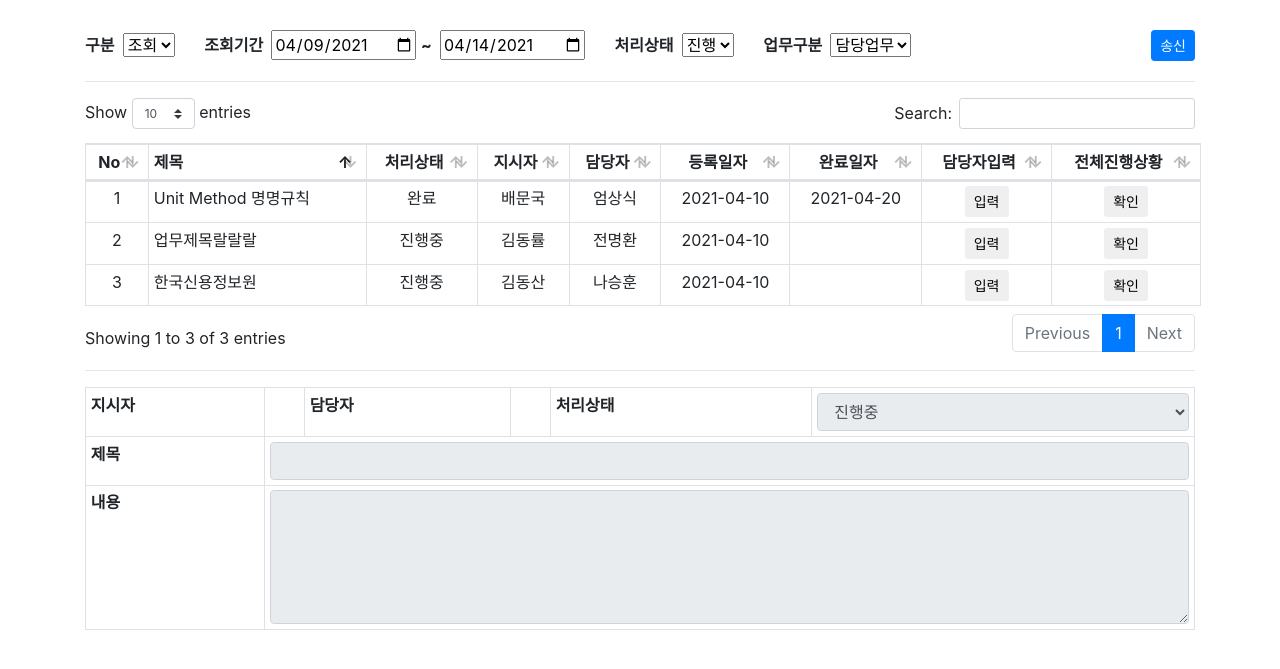
Repository: jungtaeyong/FSB_Project
Page: http://localhost/FsbJobMgt/main.jsp
These files come from the project's save history. The page is drawn as it stood at one moment and after the next save; the edit follows.
The browser window is 1280 px wide. The pictures show the whole page.
The page is served by Tomcat 9.

Above is the page before, as saved 2021-04-15 08:44:27.

### FsbJobMgt/WebContent/main.jsp
<%@ page language="java" contentType="text/html; charset=EUC-KR" pageEncoding="EUC-KR"%>
<%@ include file="/modal1_Adding.jsp" %>

<!DOCTYPE html PUBLIC "-//W3C//DTD HTML 4.01 Transitional//EN" "http://www.w3.org/TR/html4/loose.dtd">
<html>
<head>
<meta http-equiv="Content-Type" content="text/html; charset=EUC-KR">
<title>업무 관리</title>
</head>
<body>
<!-- jquery  -->
<script type="text/javascript" src="js/jquery-3.6.0.min.js"></script>

<!-- bootstrap -->
<link rel="stylesheet" type="text/css" href="lib/Bootstrap-4-4.1.1/css/bootstrap.min.css"/>
<script type="text/javascript" src="lib/Bootstrap-4-4.1.1/js/bootstrap.min.js"></script>

<!-- datatables -->
<link rel="stylesheet" type="text/css" href="lib/DataTables-1.10.24/css/dataTables.bootstrap4.min.css"/>
<script type="text/javascript" src="lib/DataTables-1.10.24/js/jquery.dataTables.min.js"></script>
<script type="text/javascript" src="lib/DataTables-1.10.24/js/dataTables.bootstrap4.min.js"></script>
<script>
$(document).ready(function() {
	/* 초기 조회 조건 세팅 */
	$('#REQUEST_TYPE').val('1'); //구분
	$('#BZWR_STS').val('01'); //처리상태
	$('#BZWR_DSTC').val('2'); //업무구분

	let befor7days= new Date();
	befor7days.setDate(befor7days.getDate()-5);
	document.getElementById('FROM_DATE').valueAsDate = befor7days; //FROM_DATE
	document.getElementById('TO_DATE').valueAsDate = new Date(); //TO_DATE

	/* 테이블 초기 로딩 */
	setTable();

	/* 송신버튼 */
	$('#action_submit').click(function(){
		let dvcd = $('#REQUEST_TYPE').val();
		if(dvcd=='1'){
			alert('조회');
			setTable();
		}else if(dvcd=='2'){
			alert('등록');
			createNewJob();
		}else if(dvcd=='3'){
			alert('변경');
			updateJob();
		}
	});

	/* 구분 변경 이벤트 처리 */
	$('#REQUEST_TYPE').change(function() {
		let dvcd = $('#REQUEST_TYPE').val();
		if(dvcd=='1'){
			$('#BZWR_EXC_CHGR_BTN').hide();
			$('#BZWR_STS_2').attr("disabled",true);
			$('#BZWR_TTL').attr("disabled",true);
			$('#BZWR_CNTN').attr("disabled",true);
		}else if(dvcd=='2'){
			$('#BZWR_INDC_CHGR').text('로그인 유저');
			$('#BZWR_EXC_CHGR').text('');
			$('#BZWR_EXC_CHGR_BTN').show();
			$('#BZWR_STS_2').attr("disabled",true);
			$('#BZWR_TTL').val("");
			$('#BZWR_CNTN').val("");
			$('#BZWR_TTL').removeAttr("disabled");
			$('#BZWR_CNTN').removeAttr("disabled");
		}else if(dvcd=='3'){
			$('#BZWR_EXC_CHGR_BTN').show();
			$('#BZWR_STS_2').removeAttr("disabled");
			$('#BZWR_TTL').removeAttr("disabled");
			$('#BZWR_CNTN').removeAttr("disabled");
			alert('변경할 데이터를 선택해주세요.');
		}
	});

} );

/* 테이블 데이터 로딩 및 기능 세팅 */
function setTable(){
	/* 테이블 데이터 로딩 */
	let jobList = $('#job_list').DataTable( {
        ajax : {
        	url : 'lib/testJson2.json',
        	data : {
        		REQUEST_TYPE:$('#REQUEST_TYPE').val(),
        		FROM_DATE:$('#FROM_DATE').val(),
        		TO_DATE:$('#TO_DATE').val(),
        		BZWR_STS:$('#BZWR_STS').val(),
        		BZWR_DSTC:$('#BZWR_DSTC').val()
        	}
        },
        columns : [
			{data: null },
			{data: "BZWR_TTL" },
            {data: "BZWR_STS", render : function ( data, type, row, meta ) {
            	if(data=="01"){
            		return '진행중';
            	}else if(data=="02"){
            		return '완료';
            	}
            }},
            {data: "BZWR_INDC_CHGR_TXT" },
            {data: "BZWR_EXC_CHGR_TXT" },
            {data: "BZWR_REG_DT" },
            {data: "BZWR_CMPL_DT" },
            {data: null , render : function ( data, type, row, meta ) {
                return '<button name="first_btn" class="btn btn-sm btn-default">입력</button>'
            }},
            {data: null , render : function ( data, type, row, meta ) {
                return '<button name="second_btn" class="btn btn-sm btn-default">확인</button>'
            }}
        ],
        columnDefs: [{ className: 'text-center', targets: [0,2,3,4,5,6,7,8] }],
        order: [[ 1, 'asc' ]]
    } );

	/* 테이블 Index 생성을 위한 함수 */
	jobList.on( 'order.dt search.dt', function () {
		jobList.column(0, {search:'applied', order:'applied'}).nodes().each( function (cell, i) {
            cell.innerHTML = i+1;
        } );
    } ).draw();

	/* 테이블 클릭 이벤트  -> 클릭한 row에 해당하는 데이터를 상세 정보에 보여줌*/
	$('#job_list tbody').on('click', 'td:nth-child(-n+7)', function () {
		let data = jobList.row( this ).data();
        console.log('Table Click Event',data);

		if($('#REQUEST_TYPE').val()!='2'){ //"구분-등록" 상태면 반응 없음.
	        $('#BZWR_INDC_CHGR').text(data.BZWR_INDC_CHGR_TXT); //지시자
	        $('#BZWR_EXC_CHGR').text(data.BZWR_EXC_CHGR_TXT); //담당자
	        $('#BZWR_STS_2').val(data.BZWR_STS); //처리상태(업무상태)
	        $('#BZWR_TTL').val(data.BZWR_TTL); //제목
	        $('#BZWR_CNTN').val(data.BZWR_CNTN); //내용
	        if($('#REQUEST_TYPE').val()=='1' || data.BZWR_STS=='02'){
	        	$('#BZWR_EXC_CHGR_BTN').hide();
				$('#BZWR_STS_2').attr("disabled",true);
				$('#BZWR_TTL').attr("disabled",true);
				$('#BZWR_CNTN').attr("disabled",true);
	        }else{
	        	$('#BZWR_EXC_CHGR_BTN').show();
				$('#BZWR_STS_2').removeAttr("disabled");
				$('#BZWR_TTL').removeAttr("disabled");
				$('#BZWR_CNTN').removeAttr("disabled");
	        }
		}
    } );

	/* 선택된  row 하이라이트 */
	$('#job_list tbody').on('click', 'tr', function() {
		$('#job_list tbody > tr').css('background-color','#ffffff');
		$(this).css('background-color','#f0f5f5');
	});

	/* 테이블 버튼 이벤트(담당자입력) */
	$('#job_list tbody').on( 'click', 'button[name="first_btn"]', function () {
        let data = jobList.row( $(this).parents('tr') ).data();
		//console.log("First Button",data);
		setData(data); //모달 페이지로 데이터를 전달하기 위한 함수
		$('#exampleModal').modal();
    } );

	/* 테이블 버튼 이벤트(전체진행상황) */
	$('#job_list tbody').on( 'click', 'button[name="second_btn"]', function () {
        let data = jobList.row( $(this).parents('tr') ).data();
		//console.log("Second Button",data);
        setData(data); //모달 페이지로 데이터를 전달하기 위한 함수
		$('#exampleModalCenter').modal();
    } );
}

/* 등록 */
function createNewJob(){
	$.ajax({
		url:'',
		dataType:'application/json',
		data : {
			REQUEST_TYPE:$('#REQUEST_TYPE').val(), //구분(조회,등록,변경)
			BZWR_DSTC:$('#BZWR_DSTC').val(), //업무구분
			BZWR_INDC_CHGR:'로그인 유저', //업무지시담당자
			BZWR_EXC_CHGR:'담당자', //업무수행담당자
			BZWR_STS:'1', //업무상태 (등록 시 진행으로 세팅)
			BZWR_TTL:$('#BZWR_TTL').val(), //업무제목
			BZWR_CNTN:$('#BZWR_CNTN').val() //업무내용
		},
		success:function(data){
			alert('등록 되었습니다.');
	   }
	})
}

/* 변경 */
function updateJob(){
	$.ajax({
		url:'',
		dataType:'application/json',
		data : {
			REQUEST_TYPE:$('#REQUEST_TYPE').val(), //구분(조회,등록,변경)
			BZWR_DSTC:$('#BZWR_DSTC').val(), //업무구분
			BZWR_EXC_CHGR:'담당자', //업무수행담당자
			BZWR_STS:$('#BZWR_STS_2').val(), //업무상태
			BZWR_TTL:$('#BZWR_TTL').val(), //업무제목
			BZWR_CNTN:$('#BZWR_CNTN').val() //업무내용
		},
		success:function(data){
			alert('변경 되었습니다.');
	   }
	})
}

</script>
<div class="container" style="margin-top:30px">
	<!-- 조회 조건 -->
	<div>
		<div>
			<label style="font-weight:bold;">구분&nbsp;</label>
			<select id="REQUEST_TYPE" style="margin-right:25px">
			    <option value="1">조회</option>
			    <option value="2">등록</option>
			    <option value="3">변경</option>
			</select>
			<label style="font-weight:bold">조회기간&nbsp;</label>
			<input type="date" id="FROM_DATE" style="width:145px" value=""/>
			<label style="font-weight:bold">~&nbsp;</label>
			<input type="date" id="TO_DATE" value=""  style="margin-right:25px;width:145px"/>
			<label style="font-weight:bold;">처리상태&nbsp;</label>
			<select id="BZWR_STS" style="margin-right:25px">
			    <option value="01">진행</option>
			    <option value="02">완료</option>
			    <option value="03">전체</option>
			</select>
			<label style="font-weight:bold;">업무구분&nbsp;</label>
			<select id="BZWR_DSTC">
			    <option value="1">지시업무</option>
			    <option value="2">담당업무</option>
			</select>
			<input type='button' id="action_submit" class="btn btn-sm btn-primary" style="float:right" value='송신'/>
		</div>
	</div>
	<hr/>
	<!-- 목록 -->
	<div>
		<table id="job_list" class="table table-sm table-bordered">
	        <thead>
	            <tr>
	            	<th>No</th>
	                <th>제목</th>
	                <th>처리상태</th>
	                <th>지시자</th>
	                <th>담당자</th>
	                <th>등록일자</th>
	                <th>완료일자</th>
	                <th>담당자입력</th>
	                <th>전체진행상황</th>
	            </tr>
	        </thead>
	    </table>
	</div>
	<hr/>
	<!-- 상세 -->
	<div>
		<table class="table table-sm table-bordered display">
			<tr>
				<th>지시자</th>
				<td id="BZWR_INDC_CHGR"></td>
				<th>담당자</th>
				<td>
					<span id="BZWR_EXC_CHGR"></span>
					<button id="BZWR_EXC_CHGR_BTN" class="btn btn-sm btn-info" style="display:none">선택</button>
				</td>
				<th>처리상태</th>
				<td>
					<select id="BZWR_STS_2" class="form-control input-sm" disabled>
					    <option value="01">진행중</option>
					    <option value="02">완료</option>
					</select>
				</td>
			</tr>
			<tr>
				<th>제목</th><td colspan="5"><input type="text" id="BZWR_TTL" class="form-control input-sm" disabled/></td>
			</tr>
			<tr>
				<th>내용</th><td colspan="5"><textarea ID="BZWR_CNTN" class="form-control input-sm" rows="5" disabled></textarea></td>
			</tr>
		</table>
	</div>
</div>
</body>
</html>

### FsbJobMgt/WebContent/modal1_Adding.jsp
<%@ page language="java" contentType="text/html; charset=EUC-KR"
    pageEncoding="EUC-KR"%>
<!DOCTYPE html>

<html lang="en">
  <head>
    <!-- Required meta tags -->
    <meta charset="utf-8">
    <meta name="viewport" content="width=device-width, initial-scale=1, shrink-to-fit=no">

	<!-- jquery  -->
	<script type="text/javascript" src="js/jquery-3.6.0.min.js"></script>

	<!-- bootstrap -->
	<link rel="stylesheet" type="text/css" href="lib/Bootstrap-4-4.1.1/css/bootstrap.min.css"/>
	<script type="text/javascript" src="lib/Bootstrap-4-4.1.1/js/bootstrap.min.js"></script>




<!--     드롭다운 style -->
    <style>
	.dropbtn {
	  background-color: #4CAF50;
	  color: white;
	  padding: 16px;
	  font-size: 16px;
	  border: none;
	}

	.dropdown {
	  position: relative;
	  display: inline-block;
	}

	.dropdown-content {
	  display: none;
	  position: absolute;
	  background-color: #f1f1f1;
	  min-width: 160px;
	  box-shadow: 0px 8px 16px 0px rgba(0,0,0,0.2);
	  z-index: 1;
	}

	.dropdown-content a {
	  color: black;
	  padding: 12px 16px;
	  text-decoration: none;
	  display: block;
	}

	.dropdown-content a:hover {background-color: #ddd;}

	.dropdown:hover .dropdown-content {display: block;}

	.dropdown:hover .dropbtn {background-color: #3e8e41;}
	</style>

  </head>
  <script>
	function setData(data){
		let dataObjFromMain; //dataObjFromMain.JOB_CD 처럼 접근해서 사용.
		dataObjFromMain=data;
		console.log('dataObjFromMain',dataObjFromMain); //확인용

		/* 여기에 DB에 데이터 요청하고 받아오고 view에 적용하는 로직 작성 */
	}
  </script>
  <body>
    <!--
    <h1>In Page</h1>
	<button type="button" class="btn btn-primary" data-toggle="modal" data-target="#exampleModal" data-whatever="@mdo">담당자 추가</button>
	-->


	<!-- 	### 담당자 추가 -->
	<div class="modal fade" id="exampleModal" tabindex="-1" role="dialog" aria-labelledby="exampleModalLabel" aria-hidden="true">
	  <div class="modal-dialog" role="document">
	    <div class="modal-content">
	      <div class="modal-header">
	        <h5 class="modal-title" id="exampleModalLabel">담당자 추가</h5>
	        <button type="button" class="close" data-dismiss="modal" aria-label="Close">
	          <span aria-hidden="true">&times;</span>
	        </button>
	      </div>

	      <div class="modal-body">
		    <b>최초 지시자&emsp;</b> <em>OOO</em>
		    &emsp;&emsp;&emsp;&emsp;&emsp;
		    <b>현재 담당자&emsp;</b> <em>OOO</em>

	     	<br/><br/>

			<table>
				<tr><!--행(row)선언-->
	                <th><b>추가 담당자</b></th>


	                	<!-- <input type="text" name = "UserID" value="" placeholder = "담당자 입력" style="width:100px; right:30%;"/> -->
	                	<!-- <input type="text" class="form-control" id="recipient-name" style="width:100px; padding-left:10px"> -->
	                	<td>
	                	&emsp;
	                		<select name="solar_birth_yn" id="solar_birth_yn">
		                		<option value="none">부 서</option>
		 				       	<option value="1">IT</option>
					       	 	<option value="2">일반본부</option>
					   		</select>
					   	&emsp;
					   		<select name="solar_birth_yn" id="solar_birth_yn">
		                		<option value="none">팀</option>
		 				       	<option value="1">계정운영팀</option>
					       	 	<option value="2">계정개발팀</option>
					   		</select>
					   	&emsp;
					   		<select name="solar_birth_yn" id="solar_birth_yn">
		                		<option value="none">사원</option>
		 				       	<option value="1">홍길동</option>
					       	 	<option value="2">김동율</option>
					   		</select>
					    </td>

	                <!-- <th rowspan="2"><input type="submit" value="로그인"/></th> -->
        	    </tr>
			</table>


			<hr>

	        <form>
	          <div class="form-group">
	            <label for="recipient-name" class="col-form-label">제 목</label>
	            <input type="text" class="form-control" id="recipient-name">
	          </div>
	          <div class="form-group">
	            <label for="message-text" class="col-form-label">내 용</label>
	            <textarea class="form-control" id="message-text" style="height:100px"></textarea>
	          </div>
	        </form>
	      </div>

	      <div class="modal-footer">
	        <button type="button" class="btn btn-secondary" data-dismiss="modal">닫기</button>
	        <button type="button" class="btn btn-primary">등록</button>
	      </div>
	    </div>
	  </div>
	</div>

	<!-- 	### 지시현황 체크 -->
		<!-- Button trigger modal -->
	<!--
	<button type="button" class="btn btn-primary" data-toggle="modal" data-target="#exampleModalCenter">
	  지시현황
	</button>
	-->

	<!-- Modal -->
	<div class="modal fade" id="exampleModalCenter" tabindex="-1" role="dialog" aria-labelledby="exampleModalCenterTitle" aria-hidden="true">
	  <div class="modal-dialog modal-dialog-centered" role="document">
	    <div class="modal-content">
	      <div class="modal-header">
	        <h5 class="modal-title" id="exampleModalCenterTitle">지시현황</h5>
	        <button type="button" class="close" data-dismiss="modal" aria-label="Close">
	          <span aria-hidden="true">&times;</span>
	        </button>
	      </div>

	      <div class="modal-body">
		     <table class="table">
				 <thead>
				   <tr>
				      <th>지시자</th>
				      <th>담당자</th>
				      <th>처리 상태</th>
   				      <th>지시 일자</th>
				   </tr>
				 </thead>
				 <tbody>
				   <tr>
				      <td>John</td>
				      <td>Doe</td>
				      <td>진행중</td>
				      <td>2021.03.01</td>
				   </tr>
				   <tr>
				      <td>Doe</td>
				      <td>Moe</td>
				      <td>진행중</td>
   				      <td>2021.04.02</td>
				   </tr>
				   <tr>
				      <td>Moe</td>
				      <td>Ryul</td>
				      <td>완료</td>
				      <td>2021.04.10</td>
				   </tr>
				 </tbody>
			</table>
	      </div>

	      <div class="modal-footer">
	        <button type="button" class="btn btn-secondary" data-dismiss="modal">닫기</button>
	      </div>
	    </div>
	  </div>
</div>




 </body>
</html>

### FsbJobMgt/WebContent/lib/testJson2.json
{
  "data": [
    {
      "BZWR_DSTC": "1",
      "JOB_CD": "20210410123456",
      "SQNO": "1",
      "BZWR_STS": "01",
      "BZWR_REG_DT": "2021-04-10",
      "BZWR_CMPL_DT": "",
      "BZWR_INDC_CHGR": "221001",
      "BZWR_INDC_CHGR_TXT": "김동률",
      "BZWR_EXC_CHGR":"221002",
      "BZWR_EXC_CHGR_TXT":"전명환",
      "BZWR_TTL":"업무제목랄랄랄",
      "BZWR_CNTN":"업무내용호롤롤롤"
    },
    {
      "BZWR_DSTC": "1",
      "JOB_CD": "20210410153215",
      "SQNO": "2",
      "BZWR_STS": "01",
      "BZWR_REG_DT": "2021-04-10",
      "BZWR_CMPL_DT": "",
      "BZWR_INDC_CHGR": "221001",
      "BZWR_INDC_CHGR_TXT": "김동산",
      "BZWR_EXC_CHGR":"221002",
      "BZWR_EXC_CHGR_TXT":"나승훈",
      "BZWR_TTL":"한국신용정보원",
      "BZWR_CNTN":"일반신용정보관리규약 실무 해설"
    },
    {
      "BZWR_DSTC": "1",
      "JOB_CD": "20210410095031",
      "SQNO": "3",
      "BZWR_STS": "02",
      "BZWR_REG_DT": "2021-04-10",
      "BZWR_CMPL_DT": "2021-04-20",
      "BZWR_INDC_CHGR": "221001",
      "BZWR_INDC_CHGR_TXT": "배문국",
      "BZWR_EXC_CHGR":"221002",
      "BZWR_EXC_CHGR_TXT":"엄상식",
      "BZWR_TTL":"Unit Method 명명규칙",
      "BZWR_CNTN":"피대문자 어플리케이션코드 세자리 대문자 업무구분코드"
    }
 ]
}

Loaded but not shown: FsbJobMgt/WebContent/js/jquery-3.6.0.min.js (library); FsbJobMgt/WebContent/lib/Bootstrap-4-4.1.1/css/bootstrap.min.css (library); FsbJobMgt/WebContent/lib/Bootstrap-4-4.1.1/js/bootstrap.min.js (library); FsbJobMgt/WebContent/lib/DataTables-1.10.24/css/dataTables.bootstrap4.min.css (library); FsbJobMgt/WebContent/lib/DataTables-1.10.24/js/jquery.dataTables.min.js (library); FsbJobMgt/WebContent/lib/DataTables-1.10.24/js/dataTables.bootstrap4.min.js (library)

After the next save:
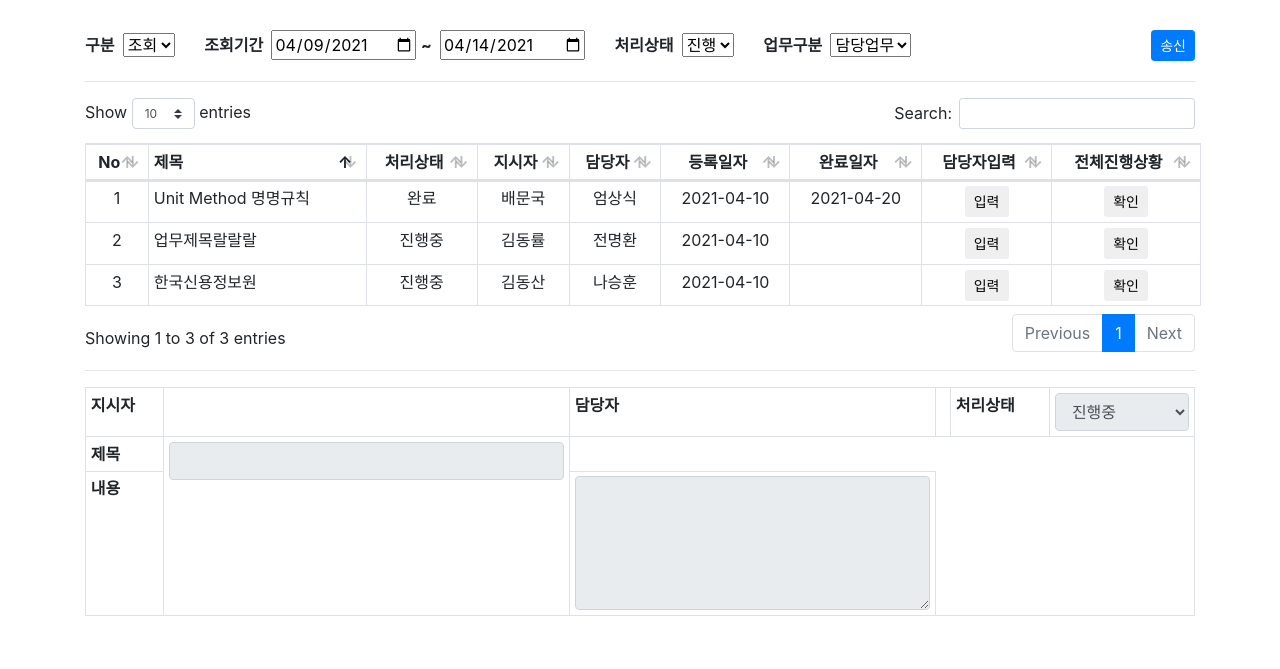
Saved 2 min 23 s later.
--- a/FsbJobMgt/WebContent/main.jsp
+++ b/FsbJobMgt/WebContent/main.jsp
@@ -279,10 +279,10 @@
 				</td>
 			</tr>
 			<tr>
-				<th>제목</th><td colspan="5"><input type="text" id="BZWR_TTL" class="form-control input-sm" disabled/></td>
+				<th>제목</th><td rowspan="5"><input type="text" id="BZWR_TTL" class="form-control input-sm" disabled/></td>
 			</tr>
 			<tr>
-				<th>내용</th><td colspan="5"><textarea ID="BZWR_CNTN" class="form-control input-sm" rows="5" disabled></textarea></td>
+				<th>내용</th><td rowspan="5"><textarea ID="BZWR_CNTN" class="form-control input-sm" rows="5" disabled></textarea></td>
 			</tr>
 		</table>
 	</div>

After the save that followed:
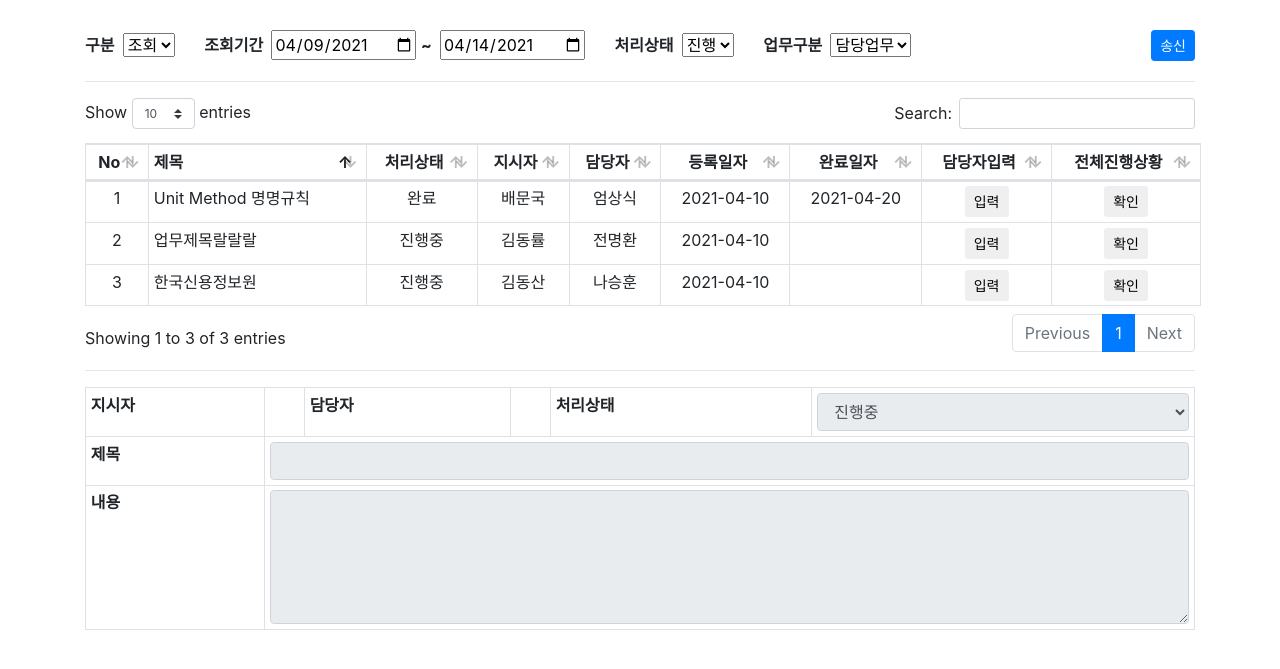
Saved 6 s later.
--- a/FsbJobMgt/WebContent/main.jsp
+++ b/FsbJobMgt/WebContent/main.jsp
@@ -279,10 +279,10 @@
 				</td>
 			</tr>
 			<tr>
-				<th>제목</th><td rowspan="5"><input type="text" id="BZWR_TTL" class="form-control input-sm" disabled/></td>
+				<th>제목</th><td colspan="5"><input type="text" id="BZWR_TTL" class="form-control input-sm" disabled/></td>
 			</tr>
 			<tr>
-				<th>내용</th><td rowspan="5"><textarea ID="BZWR_CNTN" class="form-control input-sm" rows="5" disabled></textarea></td>
+				<th>내용</th><td colspan="5"><textarea ID="BZWR_CNTN" class="form-control input-sm" rows="5" disabled></textarea></td>
 			</tr>
 		</table>
 	</div>
